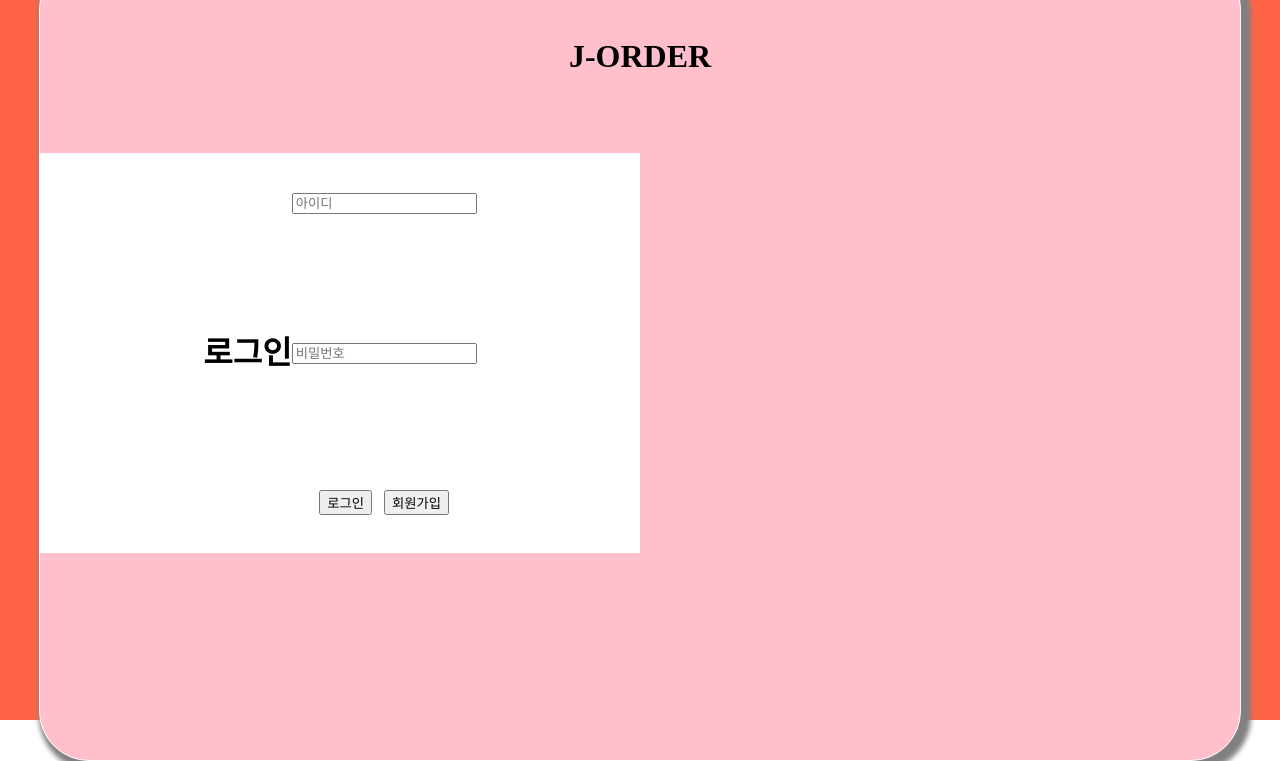
Repository: Devhyeongseon/Academy_Jsp
Page: http://localhost/MyBasic/
An editor plug-in stored every save of this project. The page is shown before and after the next save, followed by the edit.
The browser window is 1280 px wide. The pictures show the whole page.
The page is served by Tomcat 9.

Above is the page before, as saved 2024-01-10 08:28:54.

### MyBasic/src/main/webapp/index.jsp
<%@ page language="java" contentType="text/html; charset=UTF-8"
	pageEncoding="UTF-8"%>
<!DOCTYPE html>
<html>
<head>
<meta charset="UTF-8">
<title>제이오더에 오신걸 환영합니다</title>
<style>
html, body {
	width: 100%;
	height: 100%;
	margin: 0;
}

.background {
	width: 100vw;
	height: 100vh;
	background-color: tomato;
	display: flex;
	justify-content: center;
	align-items: center;
}

.container {
	width: 1200px;
	height: 800px;
	background: pink;
	border: 1px solid white;
	border-radius: 50px;
	/* padding: 10px 30px; */ /* 더커짐 */
	box-shadow: 5px 5px 5px 5px gray;
	text-align: center;
	line-height: 150px;
}

.loginbox {
	width: 600px;
	height: 400px;
	background: white;
	display: flex;
	justify-content: center;
	align-items: center;
}
</style>


</head>
<body>
	<div class="background">
		<div class="container">
			<h1>J-ORDER</h1>
			<div class="loginbox">
				<h1>로그인</h1><br>
				<form action="" method="post">
					<input type="text" name="id" placeholder="아이디"><br> <input
						type="password" name="pw" placeholder="비밀번호"><br> <input
						type="submit" value="로그인" class="btn btn-default">&nbsp;&nbsp;
					<input type="button" value="회원가입" class="btn btn-default"
						onclick="">
				</form>

			</div>

		</div>
	</div>


</body>
</html>

After the next save:
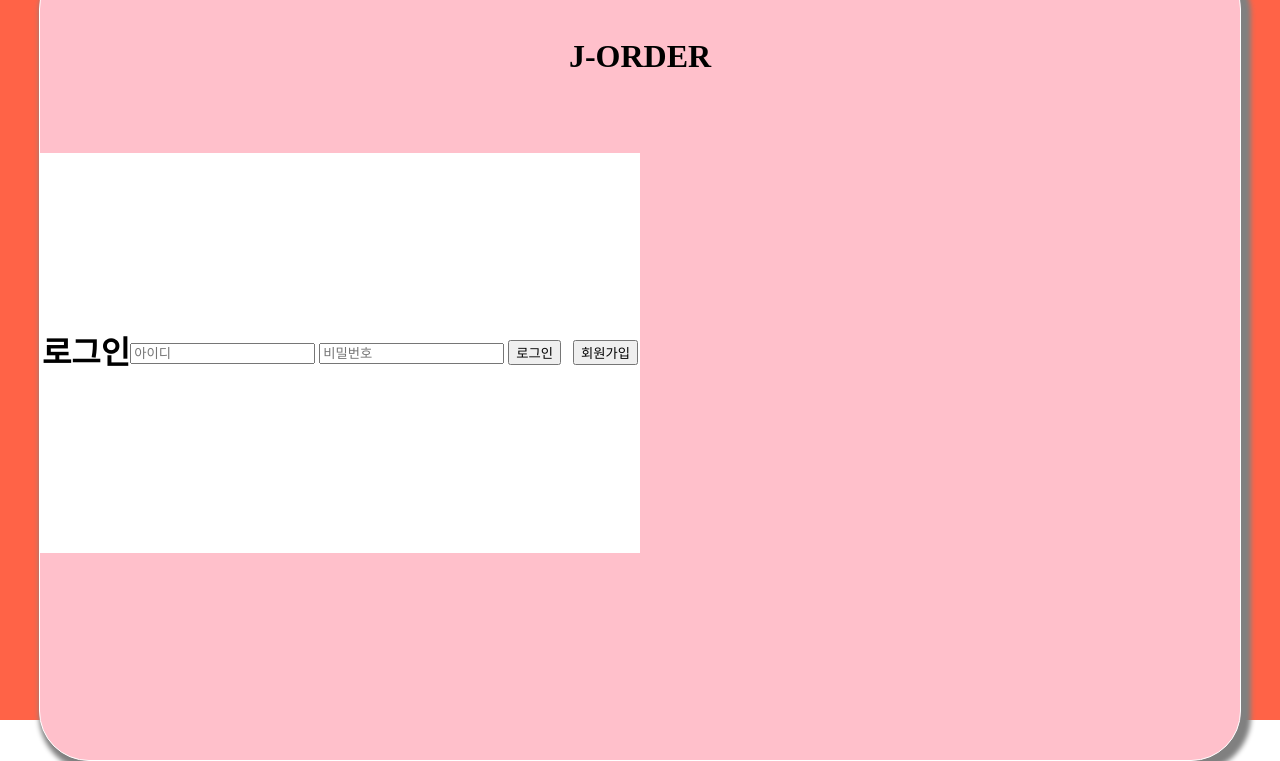
Saved 41 s later.
--- a/MyBasic/src/main/webapp/index.jsp
+++ b/MyBasic/src/main/webapp/index.jsp
@@ -52,10 +52,10 @@ html, body {
 			<div class="loginbox">
 				<h1>로그인</h1><br>
 				<form action="" method="post">
-					<input type="text" name="id" placeholder="아이디"><br> <input
-						type="password" name="pw" placeholder="비밀번호"><br> <input
-						type="submit" value="로그인" class="btn btn-default">&nbsp;&nbsp;
-					<input type="button" value="회원가입" class="btn btn-default"
+					 <input type="text" name="id" placeholder="아이디">
+					 <input type="password" name="pw" placeholder="비밀번호">
+					 <input	type="submit" value="로그인" class="btn btn-default">&nbsp;&nbsp;
+				 	 <input type="button" value="회원가입" class="btn btn-default"
 						onclick="">
 				</form>
 
